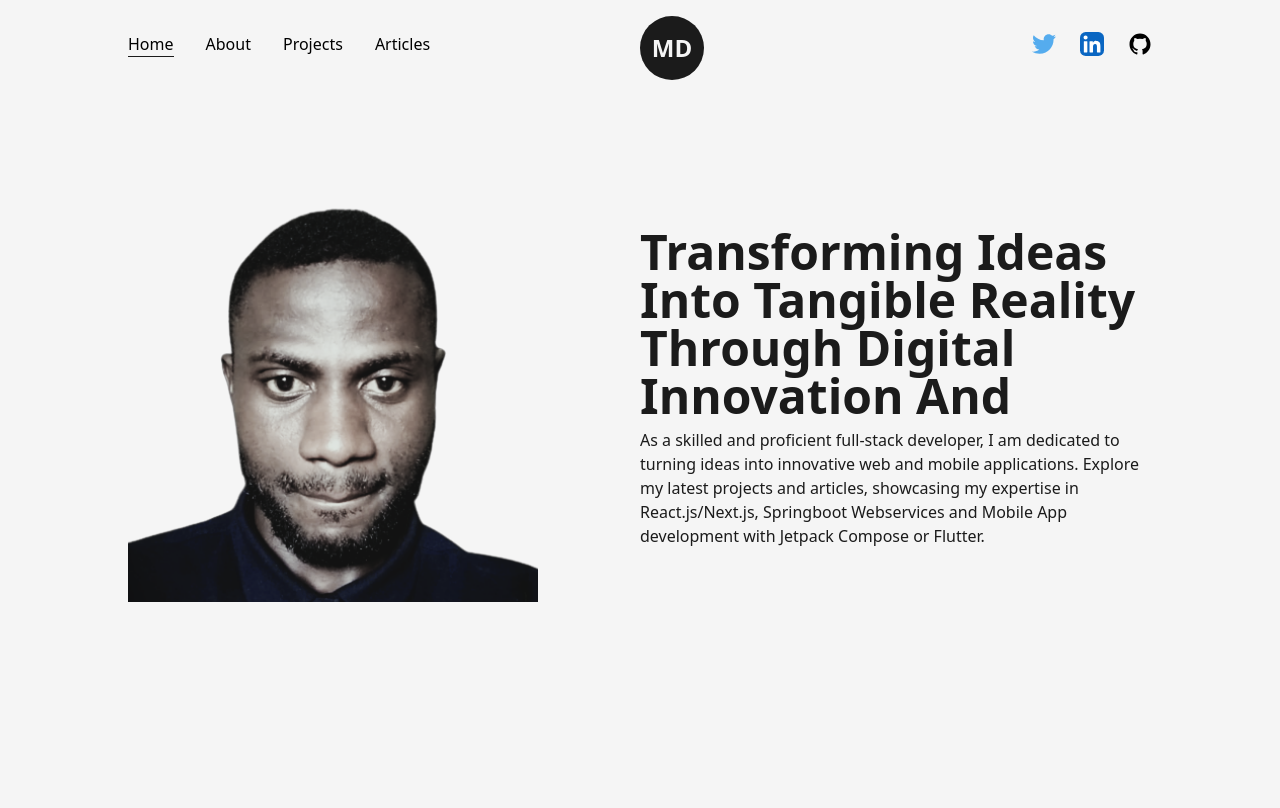
Repository: marcusdashe/situs
Page: /
These files come from the project's save history. The page is drawn as it stood at one moment and after the next save; the edit follows.
The browser window is 1280 px wide. The pictures show the whole page.
The project was rebuilt for these pictures with package versions that can differ from the ones it lists, and the page was loaded fresh each time. The framework's server and built-in components were replaced by stand-ins that run in the browser.

Above is the page before, as saved 2023-06-15 18:10:12.

### src/pages/_app.js
import Navbar from "@/components/Navbar";
import "@/styles/globals.css";
import Head from "next/head";
// import { IBM_Plex_Sans } from "next/font/google";

// const ibm = IBM_Plex_Sans({
//   subsets: ["latin"],
//   variable: "--font-mont",
// });

export default function App({ Component, pageProps }) {
  return (
    <>
      <Head>
        <meta name="viewport" content="width=device-width, initial-scale=1" />
        <link rel="icon" href="/favicon.ico" />
      </Head>
      <main className={`  bg-light w-full min-h-screen`}>
        <Navbar />
        <Component {...pageProps} />
      </main>
    </>
  );
}

### src/pages/index.js
import Head from "next/head";
import Image from "next/image";
import { Inter } from "next/font/google";
import Layout from "@/components/Layout";
import profilePic from "../../public/images/profile/developer-pic-4.png";
import AnimatedText from "../components/AnimatedText";

const inter = Inter({ subsets: ["latin"] });

export default function Home() {
  return (
    <>
      <Head>
        <title>Marcus Dashe | Portfolio</title>
        <meta name="description" content="Generated by create next app" />
      </Head>
      <main className="flex items-center text-dark w-full min-h-screen">
        <Layout className="pt-0">
          <div className=" w-full flex items-center justify-between">
            <div className="w-2/5">
              <Image
                src={profilePic}
                alt="Marcus Dashe"
                className="w-full h-auto"
              />
            </div>
            <div className="w-1/2 flex flex-col items-center self-center">
              <AnimatedText
                text="Transforming Ideas into Tangible Reality Through Digital Innovation and
"
                className="!text-left"
              />
              <p>
                As a skilled and proficient full-stack developer, I am dedicated
                to turning ideas into innovative web and mobile applications.
                Explore my latest projects and articles, showcasing my expertise
                in React.js/Next.js, Springboot Webservices and Mobile App
                development with Jetpack Compose or Flutter.
              </p>
            </div>
          </div>
        </Layout>
      </main>
    </>
  );
}

### src/components/Navbar.jsx
import React from "react";
import { useRouter } from "next/router";
import Link from "next/link";
import Logo from "./Logo";
import { TwitterIcon, GithubIcon, LinkedInIcon } from "./Icons";
import { motion } from "framer-motion";

const CustomLink = ({ href, title, className = "" }) => {
  const router = useRouter();

  return (
    <Link href={href} className={`${className} relative group`}>
      {title}
      <span
        className={`h-[1px] inline-block bg-dark absolute left-0 -bottom-0.5 group-hover:w-full transition-[width] ease duration-300 ${
          router.asPath === href ? "w-full" : "w-0"
        }`}
      >
        &nbsp;
      </span>
    </Link>
  );
};

const Navbar = () => {
  return (
    <header
      className="w-full px-32 py-8 font-medium
            flex items-center justify-between"
    >
      <nav>
        <CustomLink href="/" title="Home" className="mr-4" />
        <CustomLink href="/about" title="About" className="mx-4" />
        <CustomLink href="/projects" title="Projects" className="mx-4" />
        <CustomLink href="/articles" title="Articles" className="ml-4" />
      </nav>

      <nav className="flex items-center justify-center flex-wrap">
        <motion.a
          href="https://www.twitter.com/marcusdashe"
          target={"_blank"}
          whileHover={{
            y: -2,
          }}
          whileTap={{ scale: 0.9 }}
          className="w-6 mx-3"
        >
          <TwitterIcon className="" />
        </motion.a>
        <motion.a
          href="https://www.linkedin.com/in/marcus-dashe-15a088202"
          target={"_blank"}
          whileHover={{
            y: -2,
          }}
          whileTap={{ scale: 0.9 }}
          className="w-6 mx-3"
        >
          <LinkedInIcon />
        </motion.a>
        <motion.a
          href="https://www.github.com/marcusdashe"
          target={"_blank"}
          whileHover={{
            y: -2,
          }}
          whileTap={{ scale: 0.9 }}
          className="w-6 ml-3"
        >
          <GithubIcon />
        </motion.a>
      </nav>
      <div className="absolute left-[50%] top-2 translate-x-[-50]">
        <Logo />
      </div>
    </header>
  );
};

export default Navbar;

### src/styles/globals.css
@import url("https://fonts.googleapis.com/css2?family=IBM+Plex+Sans:ital,wght@0,100;0,200;0,300;1,100;1,200&family=Inter:wght@300;400;500;600;700;800;900&display=swap");

@tailwind base;
@tailwind components;
@tailwind utilities;

### src/components/Layout.jsx
import React from "react";

const Layout = ({ children, className = "" }) => {
  return (
    <div className={`${className} w-full inline-block z-0 bg-light p-32  `}>
      {children}
    </div>
  );
};

export default Layout;

### src/components/AnimatedText.jsx
import React from "react";
import { motion } from "framer-motion";

const quote = {
  initial: {
    opacity: 1,
  },
  animate: {
    opacity: 1,
    transition: {
      delay: 0.5,
      staggerChildren: 0.08,
    },
  },
};

const singleWord = {
  initial: {
    opacity: 0,
    y: 50,
  },
  animate: {
    opacity: 1,
    y: 0,
    transition: {
      duration: 1,
    },
  },
};

const AnimatedText = ({ text, className = "" }) => {
  return (
    <div className="w-full mx-auto py-2 flex items-center justify-center text-center overflow-hidden ">
      <motion.h1
        className={`inline-block w-full text-dark font-bold capitalize text-5xl ${className}`}
        variants={quote}
        initial="initial"
        animate="animate"
      >
        {text.split(" ").map((word, index) => (
          <motion.span
            key={index}
            className="inline-block"
            variants={singleWord}
          >
            {word}&nbsp;
          </motion.span>
        ))}
      </motion.h1>
    </div>
  );
};

export default AnimatedText;

### src/components/Logo.jsx
"use client";

import React from "react";
import Link from "next/link";
import { motion } from "framer-motion";

const MotionLink = motion(Link);

const Logo = () => {
  return (
    <div className="flex items-center justify-center mt-2">
      <MotionLink
        href="/"
        className="w-16 h-16 bg-dark text-light flex items-center
        justify-center rounded-full text-2xl font-bold hover
      "
        whileHover={{
          scale: 1.5,
          backgroundColor: [
            "#121212",
            "rgba(131,58,180,1)",
            "rgba(253,29,29,1)",
            "rgba(252,176,69,1)",
            "rgba(131,58,180,1)",
            "#121212",
          ],
          transition: {
            duration: 1,
            repeat: Infinity,
          },
        }}
      >
        MD
      </MotionLink>
    </div>
  );
};

export default Logo;

Loaded but not shown: tailwind.config.js (27 lines, source omitted); src/components/Icons.jsx (463 lines, source omitted)

After the next save:
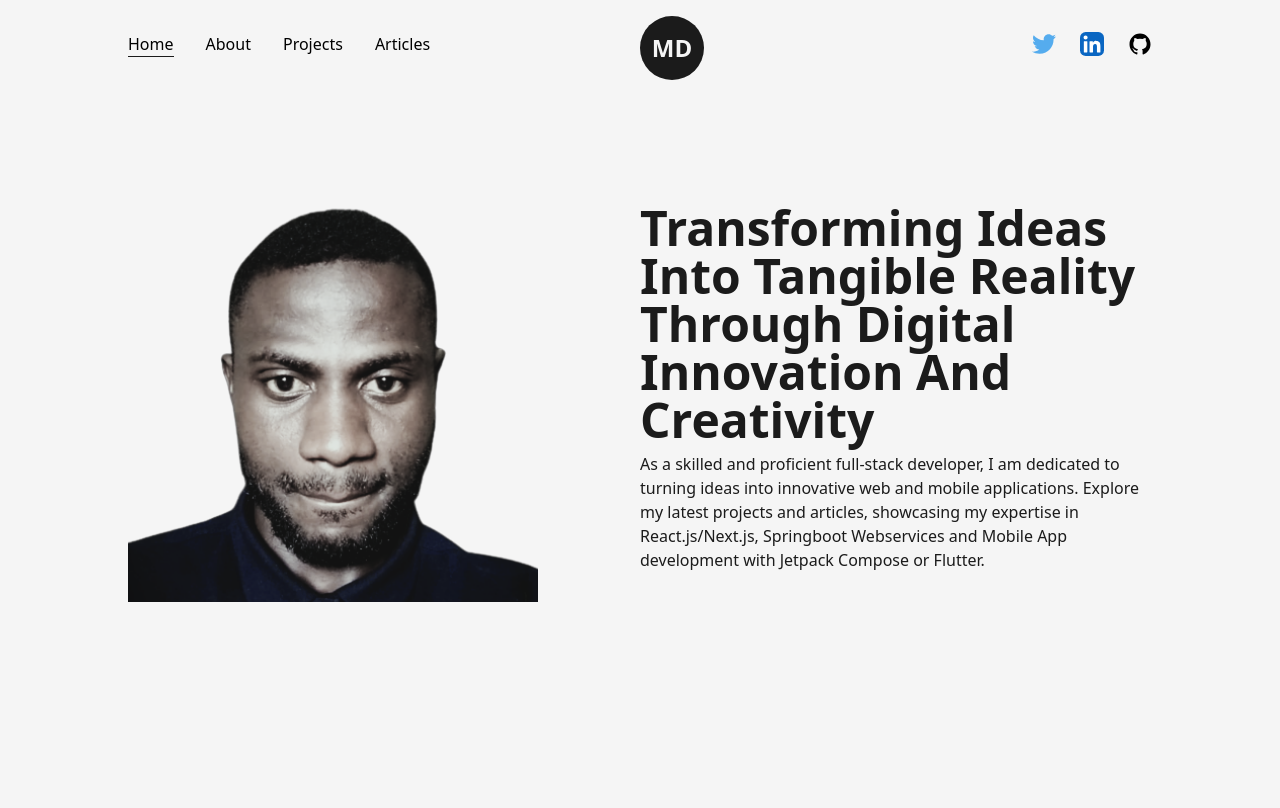
Saved 35 s later.
--- a/src/pages/index.js
+++ b/src/pages/index.js
@@ -26,7 +26,7 @@ export default function Home() {
             </div>
             <div className="w-1/2 flex flex-col items-center self-center">
               <AnimatedText
-                text="Transforming Ideas into Tangible Reality Through Digital Innovation and
+                text="Transforming Ideas into Tangible Reality Through Digital Innovation and Creativity
 "
                 className="!text-left"
               />
